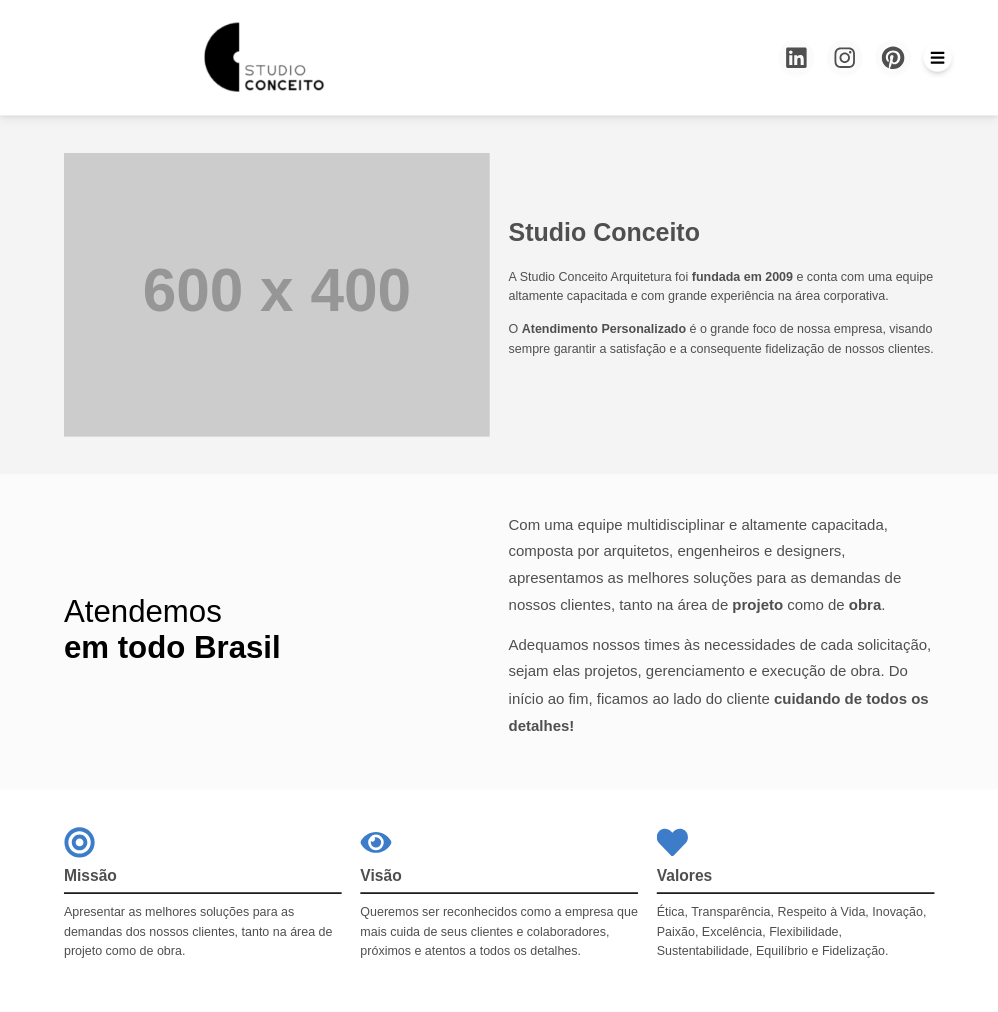
Repository: Upstairs-Agencia/studio-conceito-react
Page: /quem-somos
The author's editor kept a copy of each file at every save. The page is drawn from the files as they stood at one save, then again after the next save.
The browser window is 1280 px wide. The pictures show the whole page, at 78% of full size.
The project was rebuilt for these pictures with package versions that can differ from the ones it lists, and the page was loaded fresh each time. Also part of the build but not shown: src/pages/Home.js, src/pages/Servicos.js, src/styles/cases.css, src/pages/Cases.js, src/pages/Blog.js, src/pages/Clientes.js, src/pages/Contato.js.

Above is the page before, as saved 2024-12-29 11:56:15.

### public/index.html
<!DOCTYPE html>
<html lang="en">
  <head>
    <meta charset="utf-8" />
    <link rel="icon" href="%PUBLIC_URL%/favicon.ico" />
    <meta name="viewport" content="width=device-width, initial-scale=1" />
    <meta name="theme-color" content="#000000" />
    <meta
      name="description"
      content="Web site created using create-react-app"
    />
    <link rel="apple-touch-icon" href="%PUBLIC_URL%/logo192.png" />
    <!--
      manifest.json provides metadata used when your web app is installed on a
      user's mobile device or desktop. See https://developers.google.com/web/fundamentals/web-app-manifest/
    -->
    <link rel="manifest" href="%PUBLIC_URL%/manifest.json" />
    <!--
      Notice the use of %PUBLIC_URL% in the tags above.
      It will be replaced with the URL of the `public` folder during the build.
      Only files inside the `public` folder can be referenced from the HTML.

      Unlike "/favicon.ico" or "favicon.ico", "%PUBLIC_URL%/favicon.ico" will
      work correctly both with client-side routing and a non-root public URL.
      Learn how to configure a non-root public URL by running `npm run build`.
    -->
    <title>Studio Conceito</title>
  </head>
  <body>
    <noscript>You need to enable JavaScript to run this app.</noscript>
    <div id="root"></div>
    <!--
      This HTML file is a template.
      If you open it directly in the browser, you will see an empty page.

      You can add webfonts, meta tags, or analytics to this file.
      The build step will place the bundled scripts into the <body> tag.

      To begin the development, run `npm start` or `yarn start`.
      To create a production bundle, use `npm run build` or `yarn build`.
    -->
  </body>
</html>

### src/index.js

import React from 'react';
import ReactDOM from 'react-dom';
import App from './App';
import 'mdb-react-ui-kit/dist/css/mdb.min.css'; // MDB styles
import './index.css'; // Global styles

ReactDOM.render(
  <React.StrictMode>
    <App />
  </React.StrictMode>,
  document.getElementById('root')
);

### src/App.js

import React from 'react';
import { BrowserRouter as Router, Routes, Route } from 'react-router-dom';
import Home from './pages/Home';
import QuemSomos from './pages/QuemSomos';
import Servicos from './pages/Servicos';
import Cases from './pages/Cases';
import Blog from './pages/Blog';
import Clientes from './pages/Clientes';
import Contato from './pages/Contato';

function App() {
  return (
    <Router>
      <Routes>
        <Route path="/" element={<Home />} />
        <Route path="/quem-somos" element={<QuemSomos />} />
        <Route path="/servicos" element={<Servicos />} />
        <Route path="/cases" element={<Cases />} />
        <Route path="/blog" element={<Blog />} />
        <Route path="/clientes" element={<Clientes />} />
        <Route path="/contato" element={<Contato />} />
      </Routes>
    </Router>
  );
}

export default App;

### src/index.css

body {
  margin: 0;
  font-family: Arial, sans-serif;
  background-color: #f4f4f4;
}

### src/pages/QuemSomos.js
import React from "react";
import Navbar from "../components/navbar";
import { MDBContainer, MDBRow, MDBCol } from "mdb-react-ui-kit";
import { FaBullseye, FaEye, FaHeart } from "react-icons/fa";
import "../styles/quemsomos.css";

export default function QuemSomos() {
  return (
    <>
      {/* Navbar */}
      <Navbar />

      {/* Quem Somos Section */}
      <section className="py-5">
        <MDBContainer>
          <MDBRow className="align-items-center">
            <MDBCol md="6">
              <img
                src="https://via.placeholder.com/600x400"
                alt="Studio Conceito"
                className="img-fluid"
              />
            </MDBCol>
            <MDBCol md="6">
              <h2 className="fw-bold mb-4">Studio Conceito</h2>
              <p>
                A Studio Conceito Arquitetura foi{" "}
                <strong>fundada em 2009</strong> e conta com uma equipe altamente capacitada e com grande experiência na área corporativa.
              </p>
              <p>
                O <strong>Atendimento Personalizado</strong> é o grande foco de nossa empresa, visando sempre garantir a satisfação e a consequente fidelização de nossos clientes.
              </p>
            </MDBCol>
          </MDBRow>
        </MDBContainer>
      </section>

      {/* Atendemos em todo Brasil Section */}
      <section className="py-5 bg-light">
        <MDBContainer>
          <MDBRow className="align-items-center">
            <MDBCol md="6" className="title-container">
              <h1 className="atendemos-title">Atendemos</h1>
              <h1 className="brasil-title">em todo Brasil</h1>
            </MDBCol>
            <MDBCol md="6">
              <p className="text-large">
                Com uma equipe multidisciplinar e altamente capacitada, composta por arquitetos, engenheiros e designers, apresentamos as melhores soluções para as demandas de nossos clientes, tanto na área de <span className="fw-bold">projeto</span> como de <span className="fw-bold">obra</span>.
              </p>
              <p className="text-large">
                Adequamos nossos times às necessidades de cada solicitação, sejam elas projetos, gerenciamento e execução de obra. Do início ao fim, ficamos ao lado do cliente <span className="fw-bold">cuidando de todos os detalhes!</span>
              </p>
            </MDBCol>
          </MDBRow>
        </MDBContainer>
      </section>

      {/* Missão, Visão e Valores Section */}
      <section className="py-5 bg-white">
        <MDBContainer>
          <MDBRow className="text-center mission-row">
            <MDBCol md="4" className="mission-col">
              <div className="icon-container">
                <FaBullseye size={40} color="#3d7cc9" />
              </div>
              <h5 className="fw-bold">Missão</h5>
              <div className="divider"></div>
              <p>
                Apresentar as melhores soluções para as demandas dos nossos clientes, tanto na área de projeto como de obra.
              </p>
            </MDBCol>
            <MDBCol md="4" className="mission-col">
              <div className="icon-container">
                <FaEye size={40} color="#3d7cc9" />
              </div>
              <h5 className="fw-bold">Visão</h5>
              <div className="divider"></div>
              <p>
                Queremos ser reconhecidos como a empresa que mais cuida de seus clientes e colaboradores, próximos e atentos a todos os detalhes.
              </p>
            </MDBCol>
            <MDBCol md="4" className="mission-col">
              <div className="icon-container">
                <FaHeart size={40} color="#3d7cc9" />
              </div>
              <h5 className="fw-bold">Valores</h5>
              <div className="divider"></div>
              <p>
                Ética, Transparência, Respeito à Vida, Inovação, Paixão, Excelência, Flexibilidade, Sustentabilidade, Equilíbrio e Fidelização.
              </p>
            </MDBCol>
          </MDBRow>
        </MDBContainer>
      </section>
    </>
  );
}

### src/components/navbar.js
import React, { useState } from "react";

import Logo from "../images/logoBlack.png";

import {
  MDBNavbar,
  MDBNavbarBrand,
  MDBContainer,
} from "mdb-react-ui-kit";
import { FaLinkedin, FaInstagram, FaPinterest, FaBars } from "react-icons/fa";
import { IoIosClose } from "react-icons/io";
import { Link } from "react-router-dom";

import SeloGptw from "../images/selo-gptw.png";

const Navbar = () => {
  const [showMenu, setShowMenu] = useState(false);

  return (
    <>
      {/* Navbar */}
      <MDBNavbar dark bgColor="white" className="py-4 px-5">
        <MDBContainer fluid className="d-flex justify-content-between align-items-center">
          {/* Logo */}
          <MDBNavbarBrand href="#" className="ms-5">
            <img
              src={Logo}
              alt="Logo"
              style={{ maxHeight: "90px", marginLeft: "12vw"}}
            />
          </MDBNavbarBrand>

          {/* Social Icons and Menu Toggle */}
          <div className="d-flex align-items-center">
            {/* Social Icons */}
            <div className="d-flex gap-3 me-3">
              <button className="btn btn-light rounded-circle p-2">
                <FaLinkedin size={30} />
              </button>
              <button className="btn btn-light rounded-circle p-2">
                <FaInstagram size={30} />
              </button>
              <button className="btn btn-light rounded-circle p-2">
                <FaPinterest size={30} />
              </button>
            </div>

            {/* FaBars Icon for Sidebar */}
            <button
              className="btn rounded-circle p-2"
              style={{
                background: "none",
                border: "none",
                cursor: "pointer",
              }}
              onClick={() => setShowMenu(!showMenu)}
            >
              <FaBars size={20} color="black" />
            </button>
          </div>
        </MDBContainer>
      </MDBNavbar>

      {/* Sidebar Menu */}
      {showMenu && (
        <div
          className="position-fixed top-0 end-0 bg-white vh-100 vw-350 shadow-lg d-flex flex-column"
          style={{ zIndex: 1050, width: "500px" }}
        >
          <div className="d-flex justify-content-end p-3">
            {/* Close Button */}
            <button
              className="p-0"
              style={{
                background: "none",
                border: "none",
                cursor: "pointer",
              }}
              onClick={() => setShowMenu(false)}
            >
              <IoIosClose size={40} />
            </button>
          </div>





          <div className="p-4 flex-grow-1">
            {/* Menu Items */}
            <ul className="list-unstyled">
              {[
                { label: "Home", link: "/" },
                { label: "Quem somos", link: "/quem-somos" },
                { label: "Serviços", link: "/servicos" },
                { label: "Cases", link: "/cases" },
                { label: "Blog", link: "/blog" },
                { label: "Clientes", link: "/clientes" },
                { label: "Contato", link: "/contato" },
              ].map((item, index) => (
                <li key={index} className="py-2">
                  <Link
                    to={item.link}
                    className="text-decoration-none fs-6"
                    style={{
                      transition: "all 0.3s ease-in-out", // Transição suave
                      color:"black"
                    }}
                    onMouseOver={(e) => {
                      e.currentTarget.style.color = "#FF7F30"; // Altera a cor
                      e.currentTarget.style.fontWeight = "bold"; // Negrito
                    }}
                    onMouseOut={(e) => {
                      e.currentTarget.style.color = "black"; // Retorna à cor original
                      e.currentTarget.style.fontWeight = "normal"; // Retira o negrito
                    }}
                  >
                    {item.label}
                  </Link>
                </li>
              ))}
            </ul>
          </div>



          {/* Footer Section */}
          <div className="d-flex justify-content-between align-items-center px-4 pb-4">
            {/* Social Icons */}
            <div className="d-flex gap-3">
              <button className="btn btn-dark rounded-circle p-2">
                <FaLinkedin size={20} color="white" />
              </button>
              <button className="btn btn-dark rounded-circle p-2">
                <FaInstagram size={20} color="white" />
              </button>
              <button className="btn btn-dark rounded-circle p-2">
                <FaPinterest size={20} color="white" />
              </button>
            </div>

            {/* Placeholder Image */}
            <img
              src={SeloGptw}
              alt="Great Place to Work"
              style={{ maxHeight: "200px", marginBottom: "4rem" }}
            />
          </div>
        </div>
      )}
    </>
  );
};

export default Navbar;

### src/styles/quemsomos.css
/* Título: Atendemos em todo Brasil */
.title-container {
    text-align: left;
  }

  .atendemos-title {
    font-size: 2.5rem;
    font-weight: normal;
    color: #000;
  }

  .brasil-title {
    font-size: 2.5rem;
    font-weight: bold;
    color: #000;
    margin-top: -10px; /* Para aproximar os textos */
  }

  /* Texto em letras maiores */
  .text-large {
    font-size: 1.2rem;
    line-height: 1.8;
    text-align: left;
  }

  /* Missão, Visão e Valores */
  .mission-row {
    justify-content: space-between;
  }

  .mission-col {
    text-align: left;
    max-width: 400px;
  }

  .icon-container {
    margin-bottom: 10px;
  }

  .divider {
    width: 100%;
    height: 2px;
    background-color: #000;
    margin: 10px auto;
  }

  /* Responsividade */
  @media (max-width: 768px) {
    .atendemos-title,
    .brasil-title {
      font-size: 2rem;
    }

    .text-large {
      font-size: 1rem;
    }

    .mission-col {
      max-width: 100%;
    }
  }

### src/components/footer.js
import React from "react";
import { MDBFooter, MDBContainer, MDBRow, MDBCol } from "mdb-react-ui-kit";
import Logo from "../images/logoBlack.png";
import "../styles/footer.css";

const Footer = () => {
  return (
    <MDBFooter className="footer-container text-center text-white">
      <MDBContainer className="p-4 footer-content">

        <MDBRow className="content-signature">
            {/* Logo e Nome */}
            <MDBCol md="4" className="mb-4 footer-left">
                <img
                    src={Logo}
                    alt="Studio Conceito Logo"
                    className="footer-logo"
                />

                {/* Navegação */}
                <MDBCol md="4" className="mb-3 footer-center">
                    <nav className="footer-nav">
                        <a href="/">Home</a>
                        <a href="/quem-somos"> Quem somos </a>
                        <a href="/servicos">Serviços</a>
                        <a href="/cases">Cases</a>
                        <a href="/blog">Blog</a>
                        <a href="/clientes">Clientes</a>
                        <a href="/contato" className="footerHighlight">
                            Contato
                        </a>
                    </nav>
                </MDBCol>

            </MDBCol>

            {/* Direitos Reservados */}
            <MDBCol md="4" className="mb-4 footer-right">
                <p className="mb-0">2023 &copy; Todos os direitos reservados</p>
            </MDBCol>

        </MDBRow>



      </MDBContainer>
    </MDBFooter>
  );
};

export default Footer;

### src/styles/footer.css
.footer-container {
    background-color: white;
    height: 25vh !important; /* Ocupa 30% da altura da tela */
    display: flex;
    justify-content: center;
    align-items: center;
    color: black;
    font-family: Arial, sans-serif;
    margin: 1rem 0;
  }

  .footer-content {
    height: 100%; /* Garante que o conteúdo ocupe toda a altura do footer */
  }

  .content-signature{
    display: flex;
    flex-direction: row;
  }

  .footer-left {
    display: flex;
    flex-direction: column;
  }

  .footer-logo {
    max-width: 40%; /* Aumenta a imagem para 40% de seu tamanho */
    margin-bottom: 10px;
  }


  .footer-center {
    text-align: center;
    margin: 2rem 0;
  }

  .footer-nav{
    display: flex;
    flex-direction: row;
    justify-content: space-around;
    width:35vw;

  }

  .footerHighlight {
    color: #ff6600 !important;
  }

  .footer-nav a {
    margin: 1px 1rem;
    text-decoration: none;
    color: #000;
    font-size: 1rem;
    transition: color 0.3s ease;
  }

  .footer-nav a:hover {
    color: #ff6600;
  }



  .footer-right {
    text-align: center;
    display: flex;
    justify-content: center;
    align-items: center;
    margin-left: 20vw;
    font-size: 0.9rem;
    color: #000;
  }

After the next save:
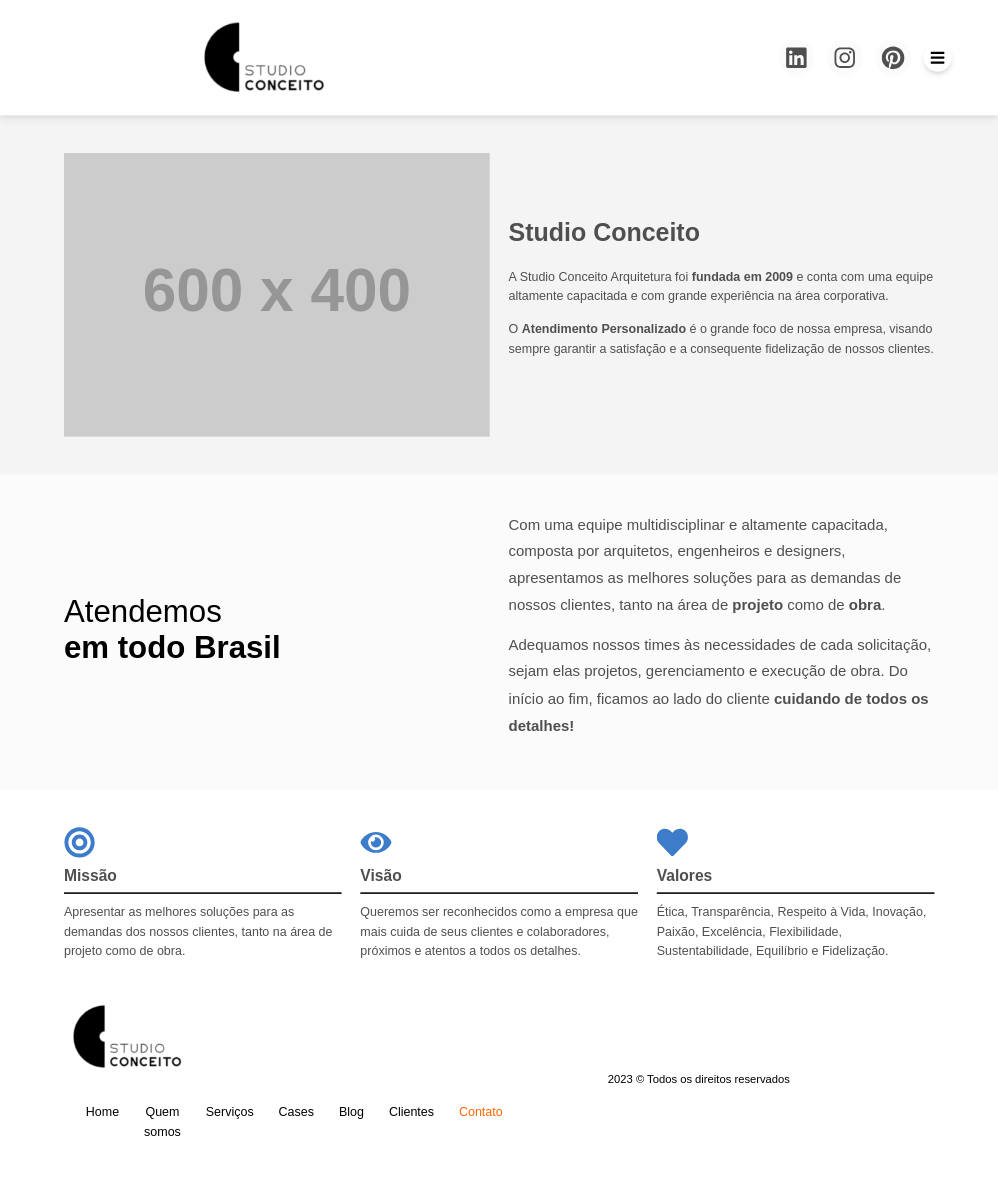
Saved 82 s later.
--- a/src/pages/QuemSomos.js
+++ b/src/pages/QuemSomos.js
@@ -3,6 +3,8 @@
 import { MDBContainer, MDBRow, MDBCol } from "mdb-react-ui-kit";
 import { FaBullseye, FaEye, FaHeart } from "react-icons/fa";
 import "../styles/quemsomos.css";
+
+import Footer from '../components/footer';
 
 export default function QuemSomos() {
   return (
@@ -91,6 +93,8 @@
             </MDBCol>
           </MDBRow>
         </MDBContainer>
+
+        <Footer />
       </section>
     </>
   );
